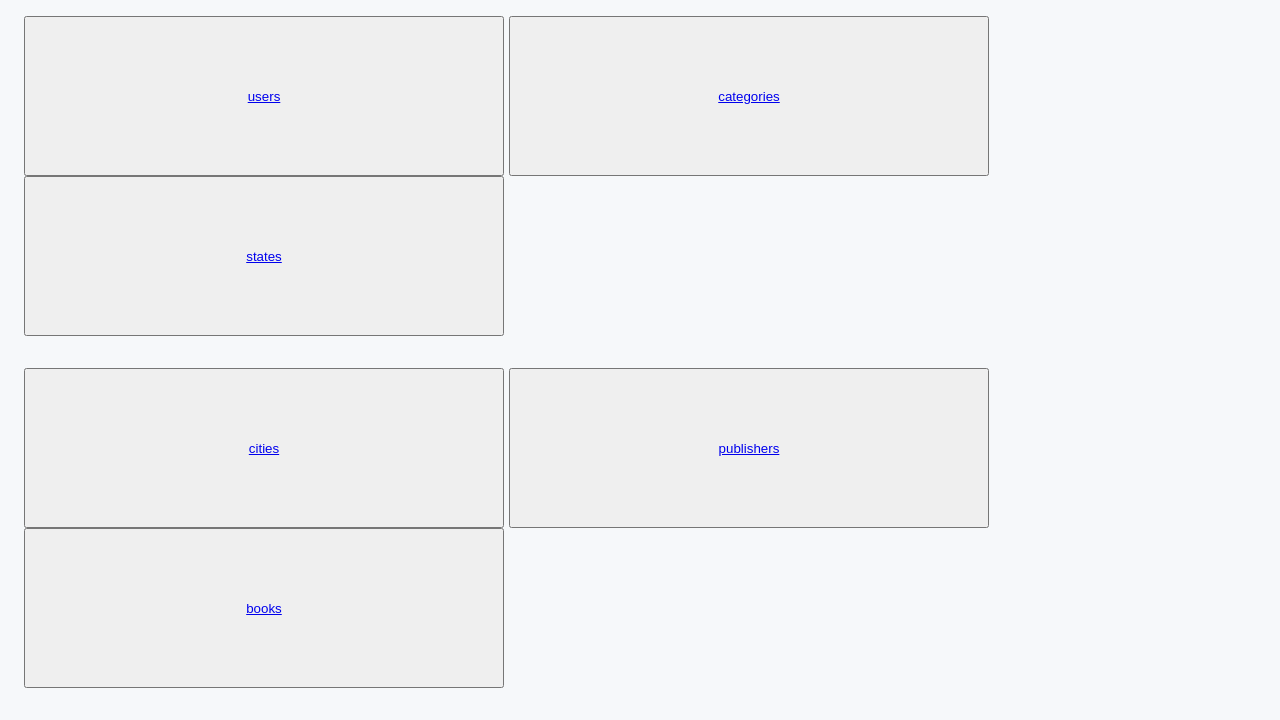
Repository: fontanive12/Biblioteca
Page: front/paginaInicial.html
An editor plug-in stored every save of this project. The page is shown before and after the next save, followed by the edit.
The browser window is 1280 px wide. The pictures show the whole page.

Above is the page before, as saved 2022-09-05 17:14:22.

### front/paginaInicial.html
<!DOCTYPE html>
<html lang="en">

<head>
    <meta charset="UTF-8">
    <meta http-equiv="X-UA-Compatible" content="IE=edge">
    <meta name="viewport" content="width=device-width, initial-scale=1.0">
    <link rel="stylesheet" href="styles.css">

    <title>Initial page</title>
</head>

<body>
    <div class="containerButtons">
        <button class="buttonMenu"><a href="users.html" class="users">users</a></button>
        <button class="buttonMenu"><a href="categories.html" class="categories">categories</a></button>
        <button class="buttonMenu"><a href="states.html" class="states">states</a></button>
    </div>
    <div class="containerButtons">
        <button class="buttonMenu"><a href="cities.html" class="states">cities</a></button>
        <button class="buttonMenu"><a href="publishers.html" class="states">publishers</a></button>
        <button class="buttonMenu"><a href="books.html" class="states">books</a></button>
    </div>
</body>

</html>

### front/styles.css
.bg-mynav {
  background-color: #49baef;
}

body {
  font-size: 1.25rem;
  background-color: #f6f8fa;
}

td {
  line-height: 3rem;
}

.containerButtons {
  max-width: 100rem;
  margin: 1rem 2rem 2rem 1rem;
}

.buttonMenu {
  width: 30rem;
  height: 10rem;

}

After the next save:
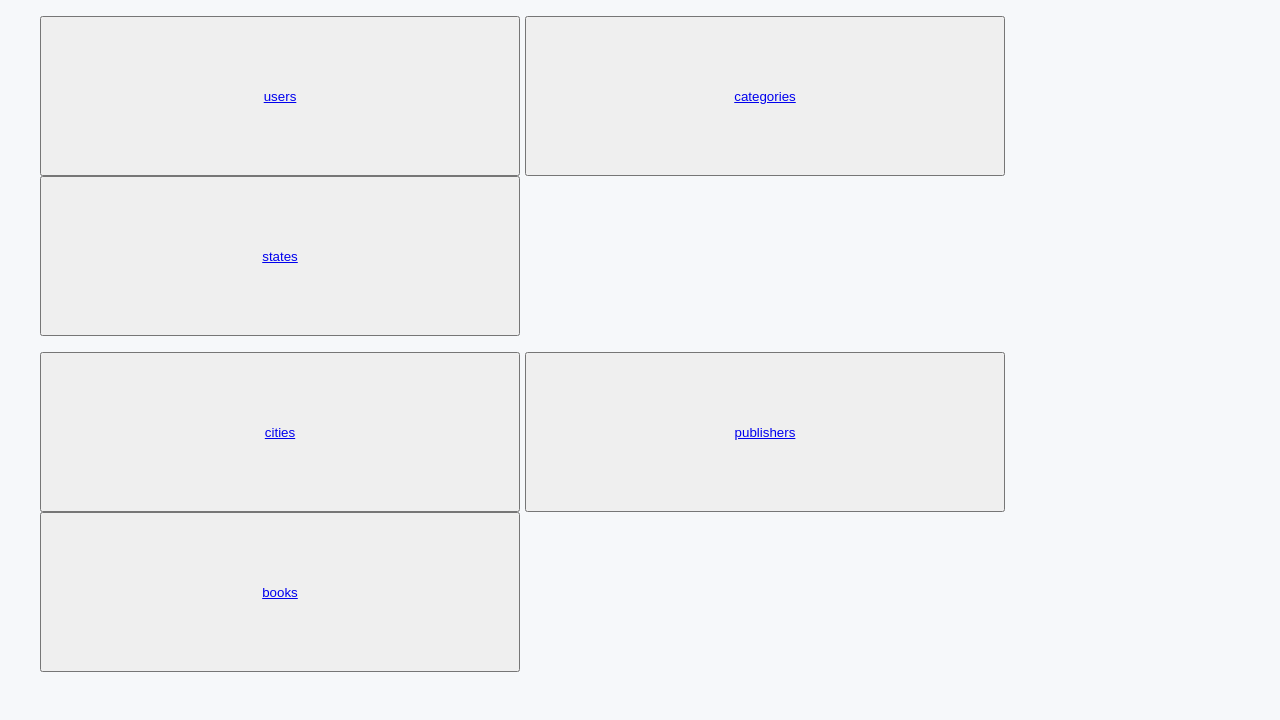
Saved 8 s later.
--- a/front/styles.css
+++ b/front/styles.css
@@ -13,7 +13,7 @@ td {
 
 .containerButtons {
   max-width: 100rem;
-  margin: 1rem 2rem 2rem 1rem;
+  margin: 1rem 2rem 1rem 2rem;
 }
 
 .buttonMenu {
